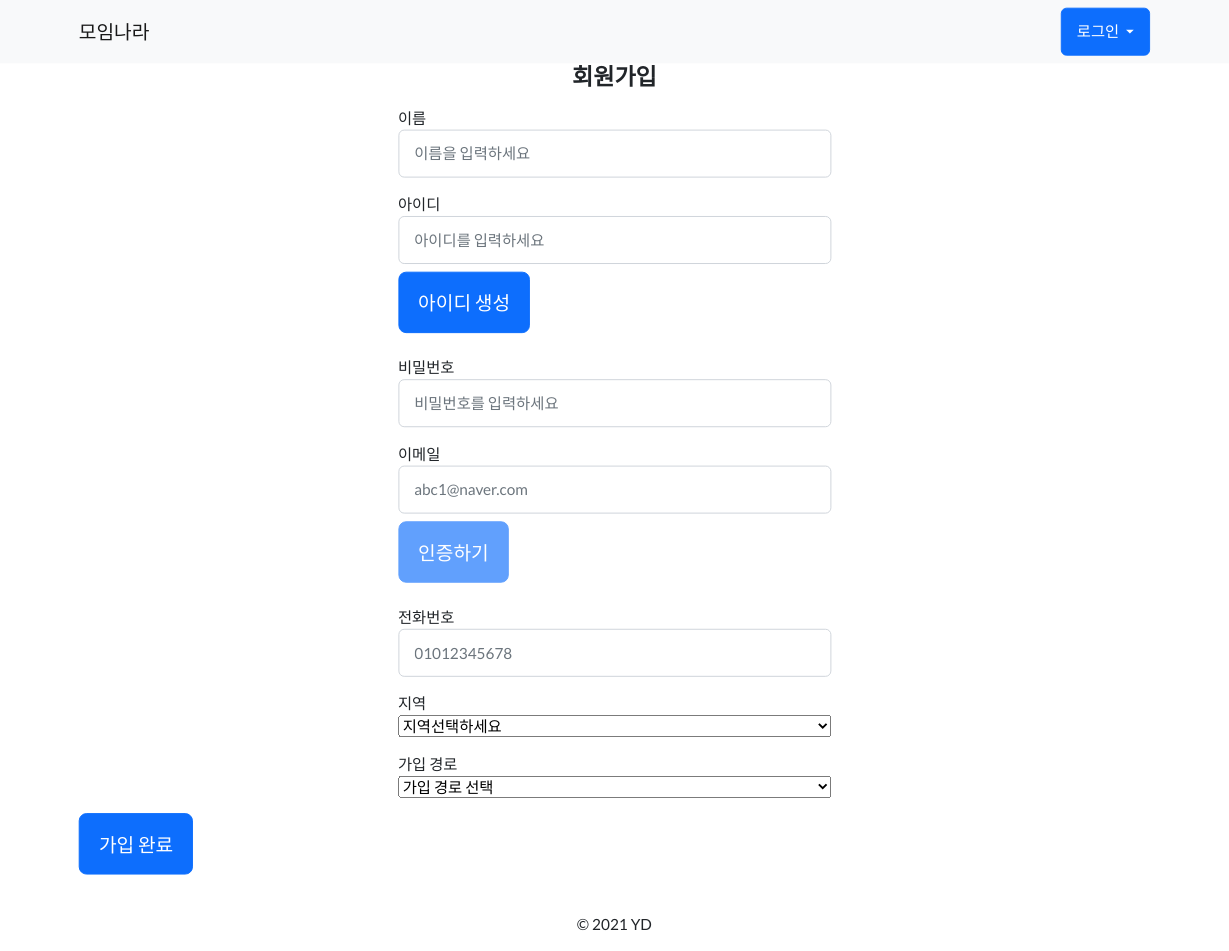
Repository: cmg9707/Devfox-spring-project
Page: http://localhost/DevJUS/WEB-INF/views/JUS/join.jsp
An editor plug-in stored every save of this project. The page is shown before and after the next save, followed by the edit.
The browser window is 1280 px wide. The pictures show the whole page, at 96% of full size.
The page is served by Tomcat 9. Nobody is signed in. Other server files are loaded and not shown. The template is opened directly, without the code that normally fills it, so the values that code supplies are empty.

Above is the page before, as saved 2023-04-07 01:58:59.

### DevJUS/src/main/webapp/WEB-INF/views/JUS/join.jsp
<%@ page language="java" contentType="text/html; charset=UTF-8"
    pageEncoding="UTF-8"%>
<!DOCTYPE html>
<html>
<head>
<meta charset="UTF-8">
<!-- Bootstrap ! -->
  		<link href="https://cdn.jsdelivr.net/npm/bootstrap@5.3.0-alpha3/dist/css/bootstrap.min.css" rel="stylesheet" integrity="sha384-KK94CHFLLe+nY2dmCWGMq91rCGa5gtU4mk92HdvYe+M/SXH301p5ILy+dN9+nJOZ" crossorigin="anonymous">
        <script src="https://cdn.jsdelivr.net/npm/bootstrap@5.3.0-alpha3/dist/js/bootstrap.bundle.min.js" integrity="sha384-ENjdO4Dr2bkBIFxQpeoTz1HIcje39Wm4jDKdf19U8gI4ddQ3GYNS7NTKfAdVQSZe" crossorigin="anonymous"></script>
        <!-- Google fonts-->
        <link href="https://fonts.googleapis.com/css?family=Lato:300,400,700,300italic,400italic,700italic" rel="stylesheet" type="text/css" />
        <!-- Core theme CSS (includes Bootstrap)-->
        <link rel="stylesheet" href="/resources/css/styles.css">

<title>Insert title here</title>
</head>
<body>
	<!-- Navigation-->
        <nav class="navbar navbar-light bg-light static-top">
            <div class="container">
                <a class="navbar-brand" href="#!">모임나라</a>
                <div class="dropdown">
 				 <button class="btn btn-primary  dropdown-toggle " type="button" id="dropdownMenuButton1" data-bs-toggle="dropdown" aria-expanded="false">
  					  로그인
  				 </button>
  				<div class="dropdown-menu" style="width: 300px;">
  					<form class="px-4 py-3" name="login" method="post" action="login">
    					<div class="mb-3">
      				       <label for="exampleDropdownFormEmail1" class="form-label">이메일</label>
     					   <input type="email" class="form-control" id="exampleDropdownFormEmail1" placeholder="email@example.com">
                        </div>
                        <div class="mb-3">
                           <label for="exampleDropdownFormPassword1" class="form-label">비밀번호</label>
                           <input type="password" class="form-control" id="exampleDropdownFormPassword1" placeholder="Password">
                        </div>
   				 		<button type="submit" class="btn btn-primary">로그인</button>
  					</form>
 			   	<div class="dropdown-divider"></div>
  					<a class="dropdown-item" href="join">회원가입</a>
  					<a class="dropdown-item" href="#">비밀번호 찾기</a>
				</div>

                </div>
            </div>
        </nav>
        <!-- form -->
        <div class="container-sm" >
		<div class="input-form-backgroud row">
			<div class="input-form col-md-12 mx-auto">
				<h4 class="mb-3" style="text-align: center;">회원가입</h4>
				<form class="member" name="member"
				action="Shop?cmd=index"
					method="post">
					<div class="row d-flex justify-content-center">
						<div class="col-md-5 mb-3">
							<label for="name">이름</label> <input type="text"
								class="form-control" id="name" name ="name" placeholder="이름을 입력하세요" value=""
								>
							<div class="invalid-feedback">이름을 입력해주세요.</div>
						</div>
					</div>
					<div class="row d-flex justify-content-center">
						<div class="col-md-5 mb-3">
							<label for="userid">아이디</label> <input type="text" readonly="readonly"
								 class="form-control" id="userid"
								name="userid" placeholder="아이디를 입력하세요" value=""
								>
							<button class="btn btn-primary btn-lg btn-block my-2"
								type="button" id="idcl"  onclick="id_check()" value="">아이디 생성</button>
							<div class="invalid-feedback">아이디 생성을 눌러주세요.</div>
						</div>
					</div>
					<div class="row d-flex justify-content-center">
						<div class="col-md-5 mb-3">
							<label for="nickname">비밀번호</label> <input type="password"
								class="form-control" size="15" id="passwd" name="passwd" placeholder="비밀번호를 입력하세요"
								value="" >

							<div class="invalid-feedback">비밀번호를 입력해주세요.</div>
						</div>
					</div>

					<div class="row d-flex justify-content-center" >
						<div class="col-md-5 mb-3">
							<label for="email">이메일</label> <input type="email" onkeyup="chkCharCode(event)"
								class="form-control" id="email" name="email" value="" placeholder="abc1@naver.com"

								>
							<button class="btn btn-primary btn-lg btn-block my-2" id="emailbut" name="emailbut"
								value=""
								type="button" disabled onclick="emailChack()" >인증하기</button>
							<div class="invalid-feedback">이메일을 입력해주세요.</div>
						</div>
					</div>

					<div class="row d-flex justify-content-center">
						<div class="col-md-5 mb-3">
							<label for="phone">전화번호</label> <input type="text"
								class="form-control" id="phone" name="phoen"
								value = ""
								placeholder="01012345678" required
								maxlength="13"
					oninput="this.value = this.value.replace(/[^0-9\-]/g, '');" >
							<div class="invalid-feedback">전화번호를 입력해주세요.</div>
						</div>
					</div>

					<div class="row d-flex justify-content-center">
						<div class="col-md-5 mb-3">
							<label for="area">지역</label> <select
								class="custom-select d-block w-100" id="area" name="area">
								<option value="0">지역선택하세요</option>
								<option value="서울">서울</option>
								<option value="부산">부산</option>
								<option value="대전">대전</option>
							</select>
							<div class="invalid-feedback">지역를 선택해주세요.</div>
						</div>
					</div>

					<div class="row d-flex justify-content-center">
						<div class="col-md-5 mb-3">
							<label for="root">가입 경로</label> <select
								class="custom-select d-block w-100" id="root" name="root">
								<option value="0">가입 경로 선택</option>
								<option value="지인">지인</option>
								<option value="인터넷검색">인터넷검색</option>
								<option value="광고">광고</option>
								<option value="뉴스">뉴스</option>

							</select>
						</div>

					</div>

					<div class="mb-4">
					<button type="button" class="btn btn-primary btn-lg btn-block" onclick="send()">가입
						완료</button>
						</div>
				</form>
			</div>
		</div>
		<footer class="my-3 text-center text-small">
			<p class="mb-1">&copy; 2021 YD</p>
		</footer>
	</div>
</body>
</html>

Loaded but not shown: DevJUS/src/main/webapp/resources/css/styles.css (library)

After the next save:
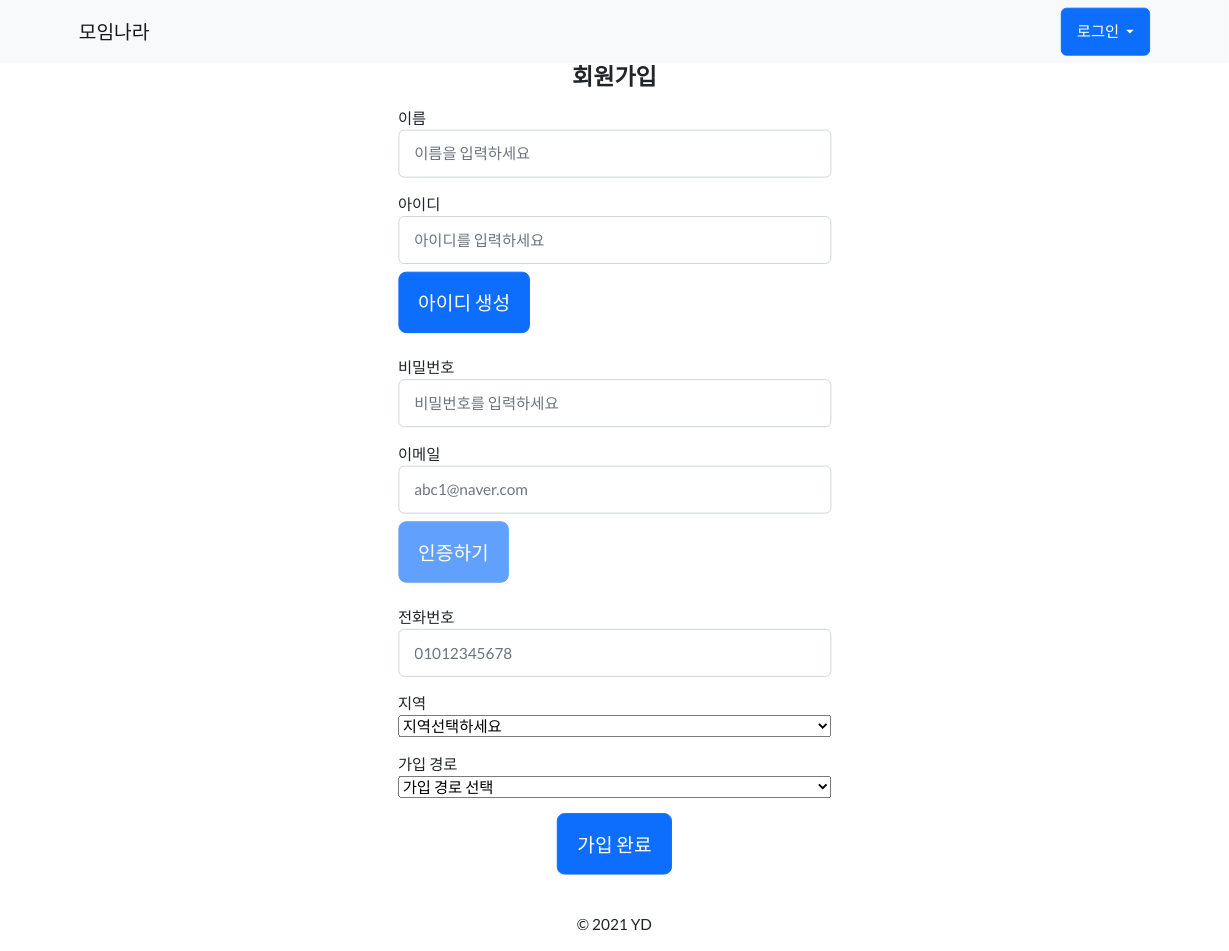
Saved 51 s later.
--- a/DevJUS/src/main/webapp/WEB-INF/views/JUS/join.jsp
+++ b/DevJUS/src/main/webapp/WEB-INF/views/JUS/join.jsp
@@ -133,7 +133,7 @@
 
 					</div>
 
-					<div class="mb-4">
+					<div class="mb-4" style="text-align: center;">
 					<button type="button" class="btn btn-primary btn-lg btn-block" onclick="send()">가입
 						완료</button>
 						</div>
